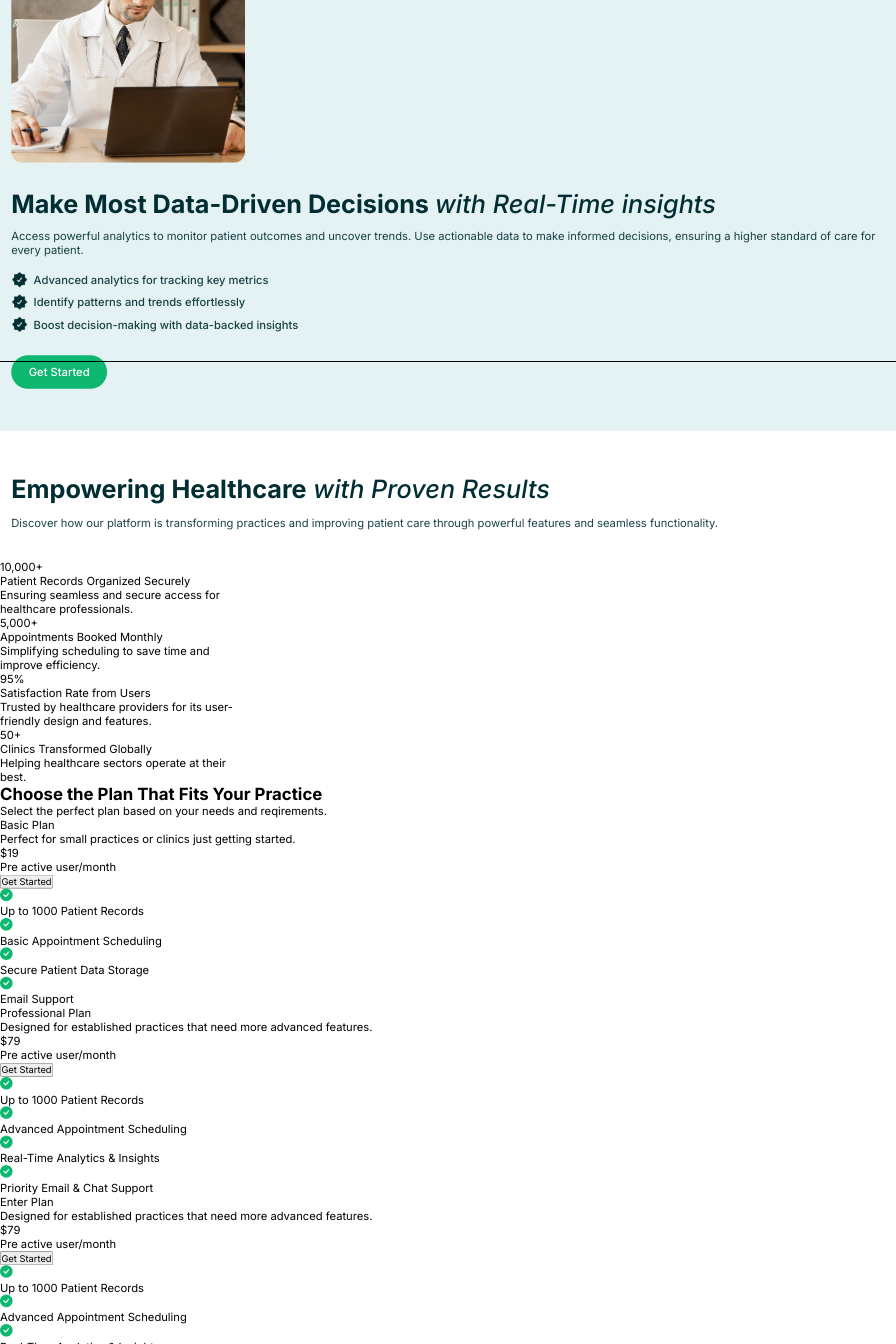
Repository: DiegoWWeege/recuperacao-prova-front-end
Page: index.html
The author's editor kept a copy of each file at every save. The page is drawn from the files as they stood at one save, then again after the next save.
The browser window is 1280 px wide. The pictures show the part of the page from y = 2388 to 4308 px (the page is 4364 px tall), at 70% of full size.

Above is the page before, as saved 2026-06-22 19:09:48.

After the next save:
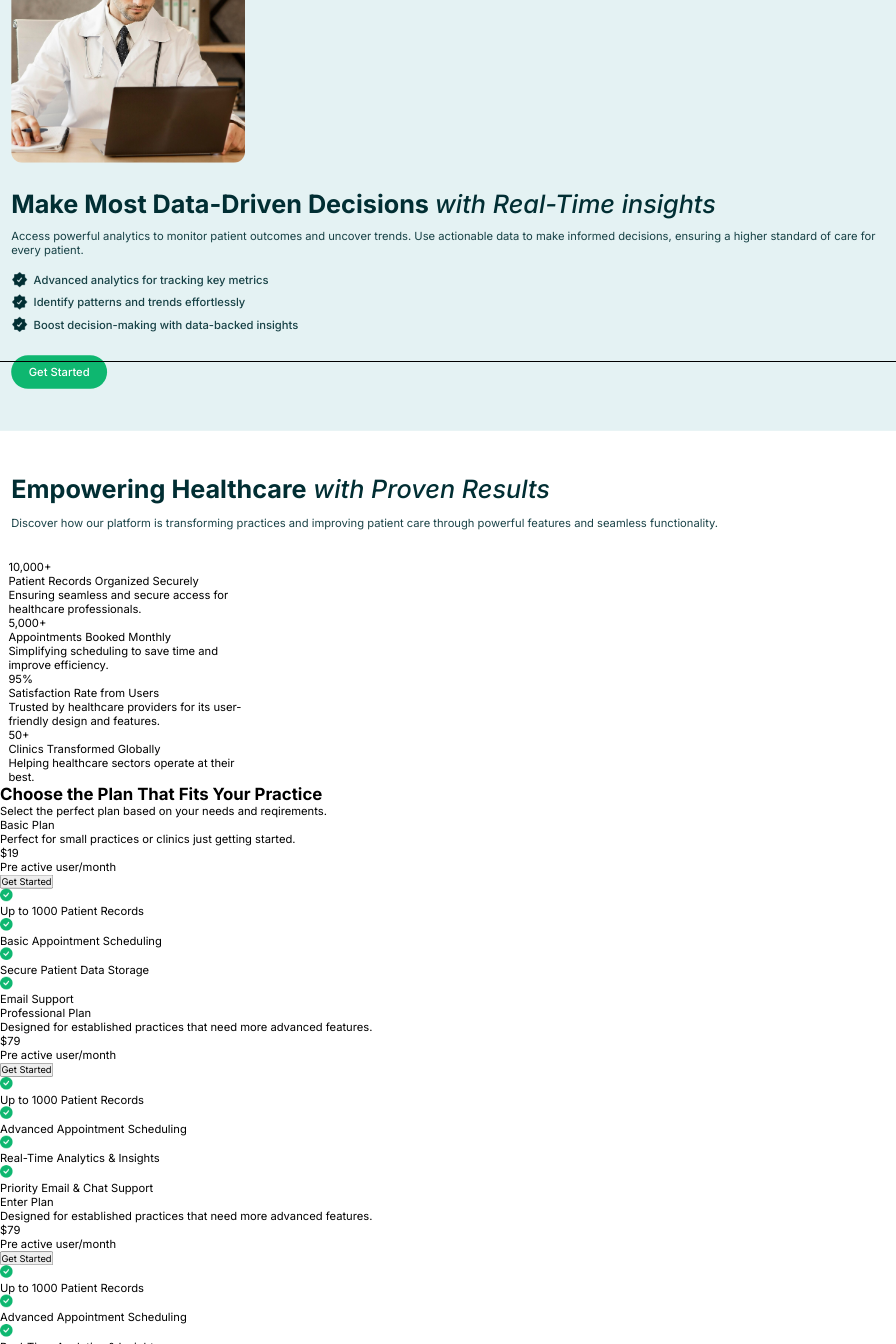
Saved 1 s later.
--- a/style.css
+++ b/style.css
@@ -202,5 +202,7 @@ header section{
     display: grid;
     grid-template-columns: 21.438rem;
 
-.border   margin-left: 0.75rem;
-}
+.border-box{
+
+}   margin-left: 0.75rem;
+}
